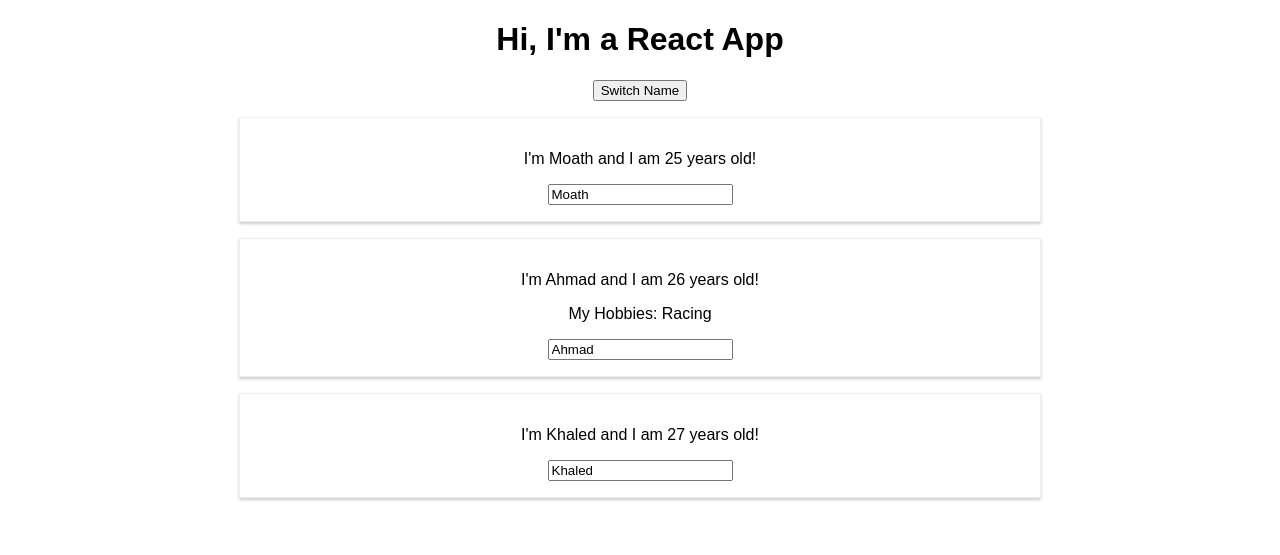
Repository: MuathYHKefayah/React-Basics
Page: /
The author's editor kept a copy of each file at every save. The page is drawn from the files as they stood at one save, then again after the next save.
The browser window is 1280 px wide. The pictures show the whole page.
The project was rebuilt for these pictures with package versions that can differ from the ones it lists, and the page was loaded fresh each time.

Above is the page before, as saved 2020-12-10 15:56:02.

### src/App.js
import React, { Component } from 'react';
import './App.css';
import Person from './Person/Person';

class App extends Component {
  state = {
     persons: [
       { name:'Moath', age: 25},
       { name:'Ahmad', age: 26},
       { name:'Khaled', age: 27},
     ]
  }

  switchNameHandler  = (newName, newAge) => {
    //Don't Do This: this.state.persons[0].name = "Max";
    this.setState({
      persons: [
        { name:newName, age: 25},
        { name:'Ahmad', age: 26},
        { name:'Khaled', age: newAge},
      ]
    })
  }

  nameChangedHandler = (event) => {
    this.setState({
      persons: [
        { name:'Moath', age: 25},
        { name: event.target.value, age: 26},
        { name:'Khaled', age: 27},
      ]
    })
  }

  render() {
    return (
      // jsx \\ write html code in js file
      <div className="App">
        <h1>Hi, I'm a React App</h1>
        <button onClick={() => this.switchNameHandler('Moath!!', 30)}>Switch Name</button>
        <Person name={this.state.persons[0].name} age={this.state.persons[0].age}/>
        <Person
          name={this.state.persons[1].name}
          age={this.state.persons[1].age}
          click={this.switchNameHandler.bind(this, 'Moath!', 40)}
          changed={this.nameChangedHandler}
          >My Hobbies: Racing</Person>
        <Person name={this.state.persons[2].name} age={this.state.persons[2].age}/>

      </div>
    );
    //return React.createElement('div', {className: 'App'} , React.createElement('h1', null , 'Hi, I\'m a React App !!!' ))
  }
}

export default App;

### src/Person/Person.js
import React from 'react';
import './Person.css';

const person = (props) => {
    return (
        <div className="Person">
            <p onClick={props.click}>I'm {props.name} and I am {props.age} years old!</p>
            <p>{props.children}</p>
            <input type="text" onChange={props.changed} value={props.name}/>
        </div>
    )
};

export default person;

Loaded but not shown: public/index.html (common file); src/index.js (common file); src/index.css (common file); src/registerServiceWorker.js (common file); src/App.css (common file); src/Person/Person.css (common file)

After the next save:
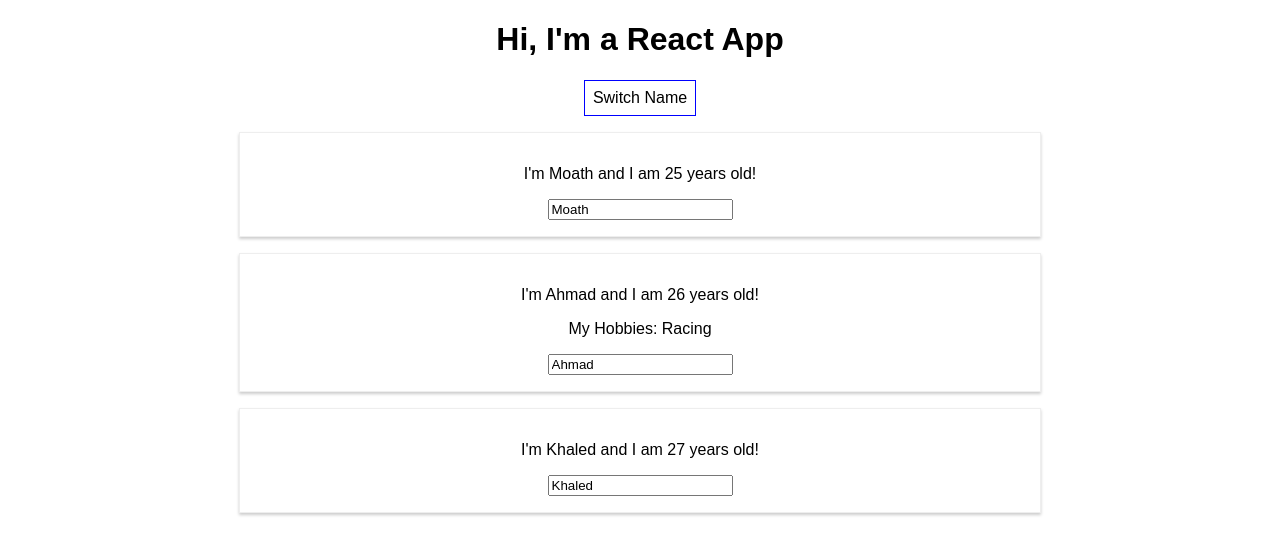
Saved 40 h 29 min later.
--- a/src/App.js
+++ b/src/App.js
@@ -33,11 +33,19 @@ class App extends Component {
   }
 
   render() {
+    const style = {
+      backgroundColor: 'white',
+      font: 'inherit',
+      border: '1px solid blue',
+      padding: '8px'
+    }
     return (
       // jsx \\ write html code in js file
       <div className="App">
         <h1>Hi, I'm a React App</h1>
-        <button onClick={() => this.switchNameHandler('Moath!!', 30)}>Switch Name</button>
+        <button
+          style={style}
+          onClick={() => this.switchNameHandler('Moath!!', 30)}>Switch Name</button>
         <Person name={this.state.persons[0].name} age={this.state.persons[0].age}/>
         <Person
           name={this.state.persons[1].name}
